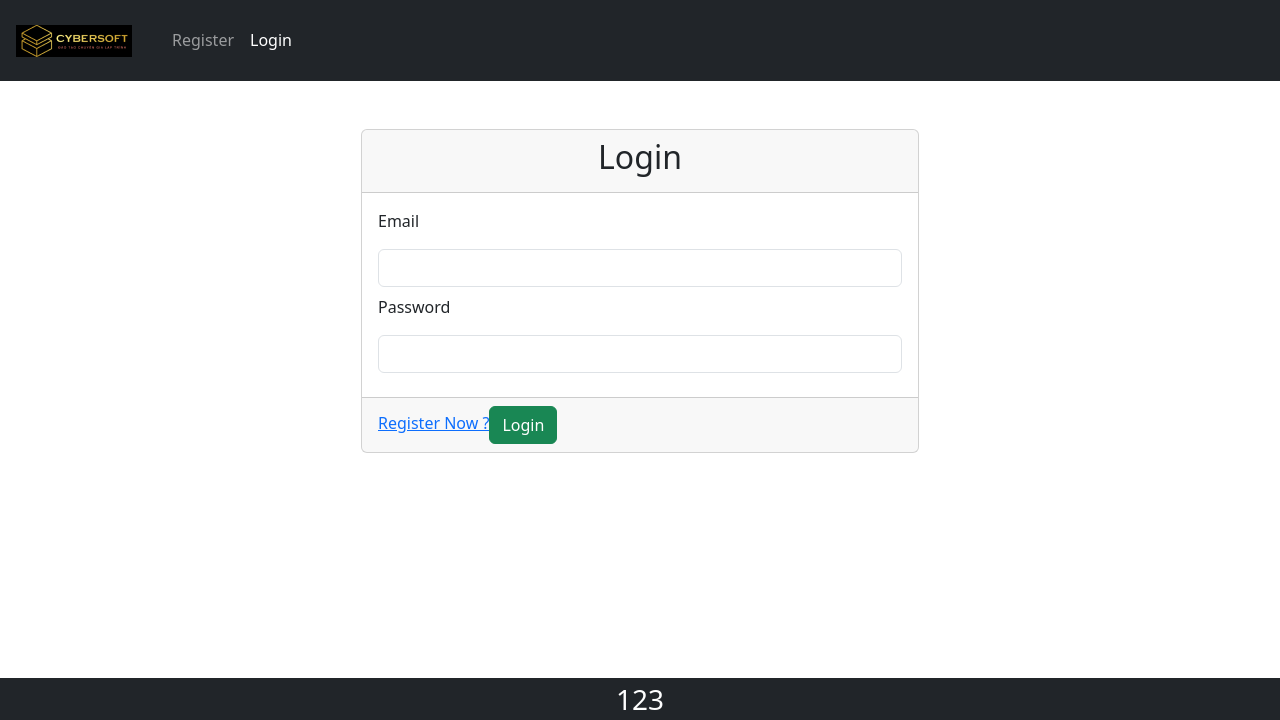
Repository: KhoiNguyen77/react-capstone
Page: /login
These files come from the project's save history. The page is drawn as it stood at one moment and after the next save; the edit follows.
The browser window is 1280 px wide. The pictures show the whole page.
The project was rebuilt for these pictures with package versions that can differ from the ones it lists, and the page was loaded fresh each time. Also part of the build but not shown: src/util/config.jsx, src/Redux/Reducer/userReducer.jsx, src/pages/Register.jsx.

Above is the page before, as saved 2023-06-15 16:02:02.

### public/index.html
<!DOCTYPE html>
<html lang="en">

<head>
  <meta charset="utf-8" />
  <link rel="icon" href="%PUBLIC_URL%/favicon.ico" />
  <meta name="viewport" content="width=device-width, initial-scale=1" />
  <meta name="theme-color" content="#000000" />
  <meta name="description" content="Web site created using create-react-app" />
  <link rel="apple-touch-icon" href="%PUBLIC_URL%/logo192.png" />
  <!--
      manifest.json provides metadata used when your web app is installed on a
      user's mobile device or desktop. See https://developers.google.com/web/fundamentals/web-app-manifest/
    -->
  <link rel="manifest" href="%PUBLIC_URL%/manifest.json" />
  <!--
      Notice the use of %PUBLIC_URL% in the tags above.
      It will be replaced with the URL of the `public` folder during the build.
      Only files inside the `public` folder can be referenced from the HTML.

      Unlike "/favicon.ico" or "favicon.ico", "%PUBLIC_URL%/favicon.ico" will
      work correctly both with client-side routing and a non-root public URL.
      Learn how to configure a non-root public URL by running `npm run build`.
    -->
  <link href="https://cdn.jsdelivr.net/npm/bootstrap@5.3.0/dist/css/bootstrap.min.css" rel="stylesheet"
    integrity="sha384-9ndCyUaIbzAi2FUVXJi0CjmCapSmO7SnpJef0486qhLnuZ2cdeRhO02iuK6FUUVM" crossorigin="anonymous">
  <title>Capstone React</title>
</head>

<body>
  <noscript>You need to enable JavaScript to run this app.</noscript>
  <div id="root"></div>
  <!--
      This HTML file is a template.
      If you open it directly in the browser, you will see an empty page.

      You can add webfonts, meta tags, or analytics to this file.
      The build step will place the bundled scripts into the <body> tag.

      To begin the development, run `npm start` or `yarn start`.
      To create a production bundle, use `npm run build` or `yarn build`.
    -->
</body>
<script src="https://cdn.jsdelivr.net/npm/bootstrap@5.3.0/dist/js/bootstrap.bundle.min.js"
  integrity="sha384-geWF76RCwLtnZ8qwWowPQNguL3RmwHVBC9FhGdlKrxdiJJigb/j/68SIy3Te4Bkz" crossorigin="anonymous"></script>

</html>

### src/index.js
import React from 'react';
import ReactDOM from 'react-dom/client';
import { store } from './Redux/configStore';
import { unstable_HistoryRouter as HistoryRouter, Route, Routes } from 'react-router-dom';
import { Provider } from 'react-redux';
import HomeTemplate from './Template/HomeTemplate';
import { createBrowserHistory } from 'history'
import Register from './pages/Register';
import Login from './pages/Login';
export const customNavigate = createBrowserHistory();
const root = ReactDOM.createRoot(document.getElementById('root'));
root.render(
  <Provider store={store}>
    <HistoryRouter history={customNavigate}>
      <Routes>
        <Route path='/' element={<HomeTemplate></HomeTemplate>}>
          <Route path='/register' element={<Register></Register>}></Route>
          <Route path='/login' element={<Login></Login>}></Route>
        </Route>
      </Routes>
    </HistoryRouter>
  </Provider>
);

// If you want to start measuring performance in your app, pass a function
// to log results (for example: reportWebVitals(console.log))
// or send to an analytics endpoint. Learn more: https://bit.ly/CRA-vitals

### src/Redux/configStore.jsx
import {configureStore} from '@reduxjs/toolkit';


export const store = configureStore({
    reducer: {

    }
})

### src/Template/HomeTemplate.jsx
import React from 'react'



import { createBrowserHistory } from 'history'
import { NavLink, Outlet } from 'react-router-dom'
import Header from '../Component/Header'



const HomeTemplate = () => {
    return <div>
        <div className='header' style={{minHeight: '10vh'}}>
            <Header></Header>
        </div>
        <div className="content" style={{minHeight: '66vh'}}>
            <Outlet></Outlet>
        </div>
        <footer className='fs-3 text-center text-white bg-dark fixed-bottom'>
            123
        </footer>
    </div>
}

export default HomeTemplate

### src/pages/Login.jsx
import React from 'react'
import { NavLink } from 'react-router-dom'

const Login = () => {
    return (
        <div className='container mt-5'>
            <form className='card form-group w-50 mx-auto'>
                <div className="card-header">
                    <h2 className='text-center'>Login</h2>
                </div>
                <div className="card-body">
                    <div className="row">
                        <div className=" col-12">
                            <p className='d-inline-block me-2'>Email</p>
                            <input type="email" className='form-control mb-2' id='email' name='email' />
                        </div>
                        <div className=" col-12">
                            <p className='d-inline-block me-2'>Password</p>
                            <input type="text" className='form-control mb-2' id='name' name='name' />
                        </div>
                    </div>
                </div>
                <div className="card-footer">
                    <NavLink to={"/register"}>Register Now ?</NavLink>
                    <button type='submit' className='btn btn-success'>Login</button>
                </div>
            </form>
        </div>
    )
}

export default Login

### src/Component/Header.jsx
import React from 'react'
import { NavLink } from 'react-router-dom'

const Header = () => {
    return (
        <nav className="navbar navbar-expand-sm navbar-dark bg-dark">
            <NavLink className="navbar-brand p-3" to="/">
                <img src='./images/image 3.png' alt='logo'></img>
            </NavLink>
            <button className="navbar-toggler d-lg-none" type="button" data-bs-toggle="collapse" data-bs-target="#collapsibleNavId" aria-controls="collapsibleNavId" aria-expanded="false" aria-label="Toggle navigation" />
            <div className="collapse navbar-collapse" id="collapsibleNavId">
                <ul className="navbar-nav me-auto mt-2 mt-lg-0">
                    <li className="nav-item">
                        <NavLink className="nav-link" to="/register">Register</NavLink>
                    </li>
                    <li className="nav-item">
                    <NavLink className="nav-link" to="/login">Login</NavLink>
                    </li>
                </ul>
            </div>
        </nav>)
}

export default Header

After the next save:
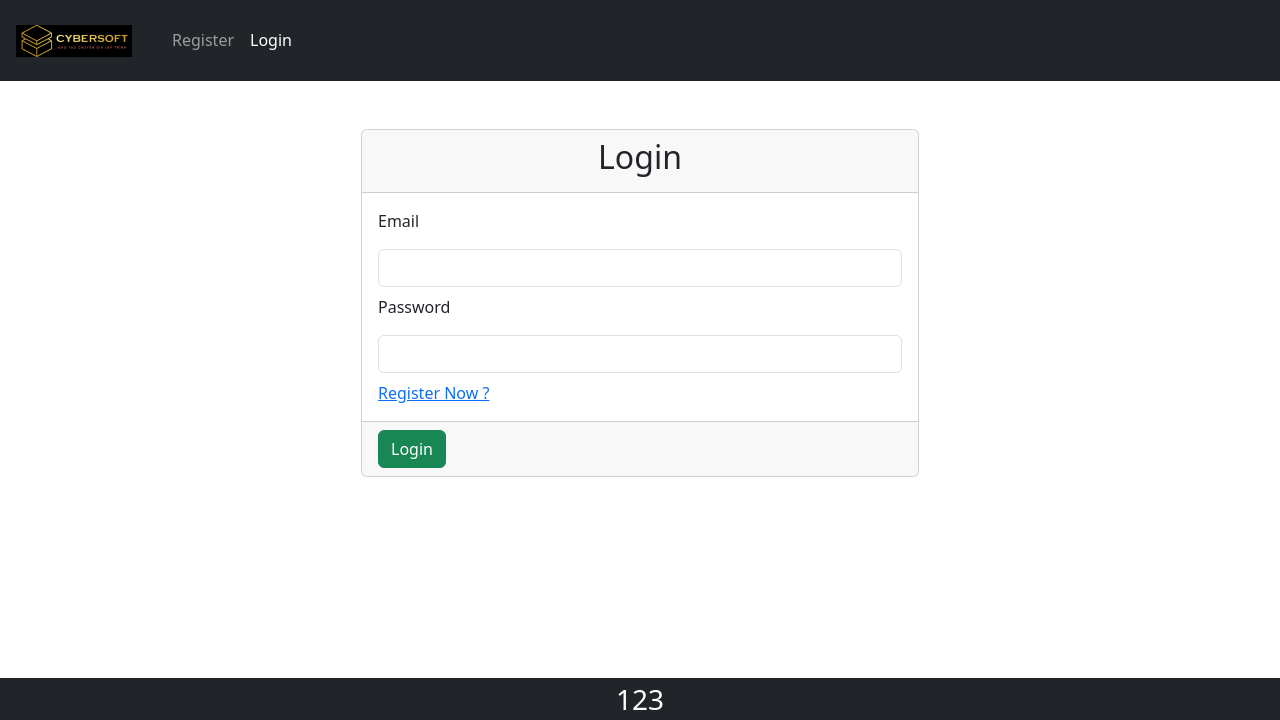
Saved 62 s later.
--- a/src/pages/Login.jsx
+++ b/src/pages/Login.jsx
@@ -19,9 +19,12 @@
                             <input type="text" className='form-control mb-2' id='name' name='name' />
                         </div>
                     </div>
+                    <div className="row">
+                        <NavLink to={"/register"}>Register Now ?</NavLink>
+                    </div>
                 </div>
                 <div className="card-footer">
-                    <NavLink to={"/register"}>Register Now ?</NavLink>
+
                     <button type='submit' className='btn btn-success'>Login</button>
                 </div>
             </form>
